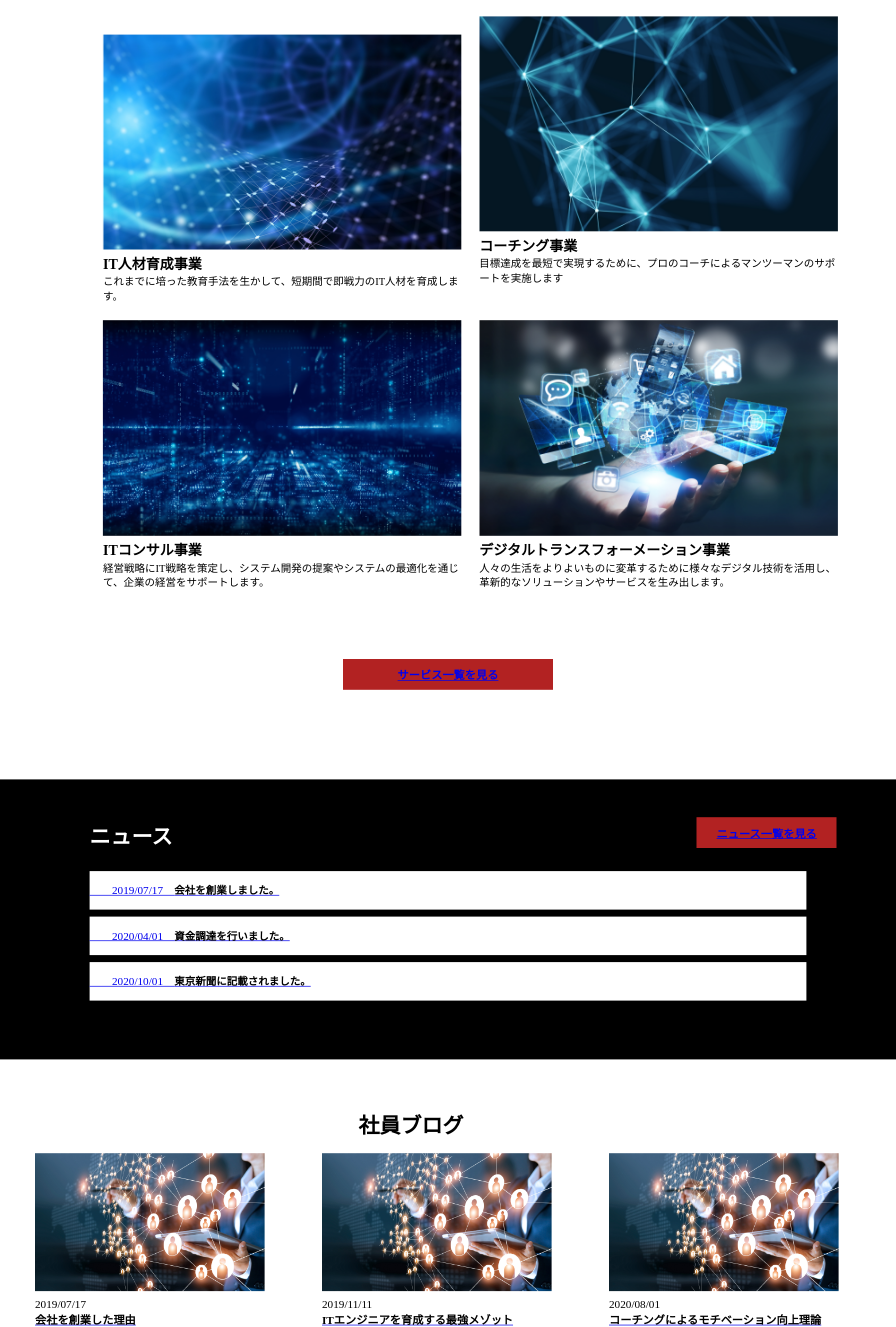
Repository: sigemasaasuka/20211012sigemasa
Page: index.html
The author's editor kept a copy of each file at every save. The page is drawn from the files as they stood at one save, then again after a run of saves.
The browser window is 1280 px wide. The pictures show the part of the page from y = 899 to 2819 px (the page is 2795 px tall before and 2819 px after), at 70% of full size.

Above is the page before, as saved 2021-10-20 16:50:33.

After the next 2 saves:
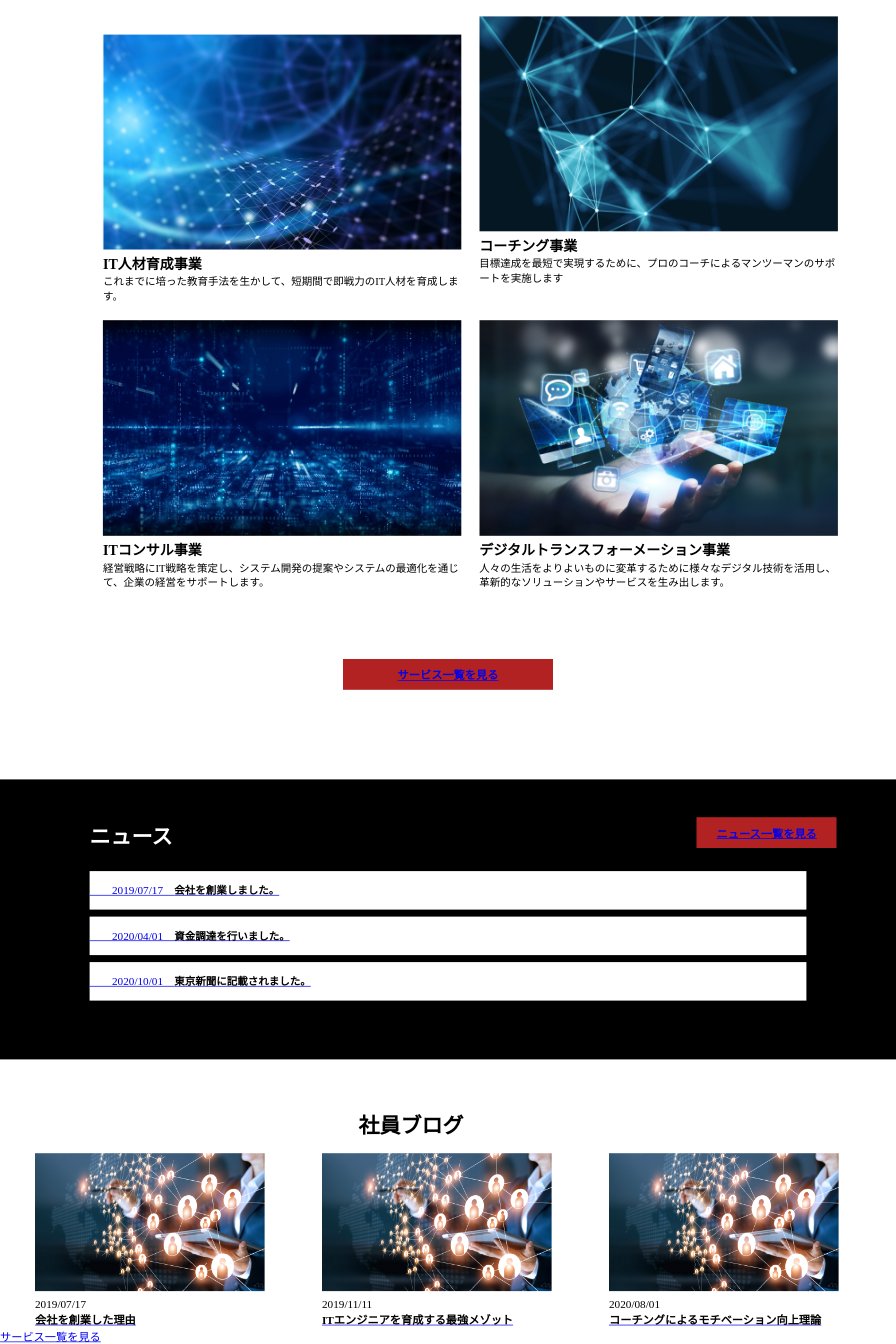
The 2 saves are shown as one change because they came seconds apart.
The last was saved 35 s later.
--- a/index.html
+++ b/index.html
@@ -141,7 +141,9 @@
         </div>
         </div>
         </div>
-
+        <div class="list2">
+          <a href="service.html">サービス一覧を見る</a>
+        </div>
 
 
 <script src="js/main.js"></script>
